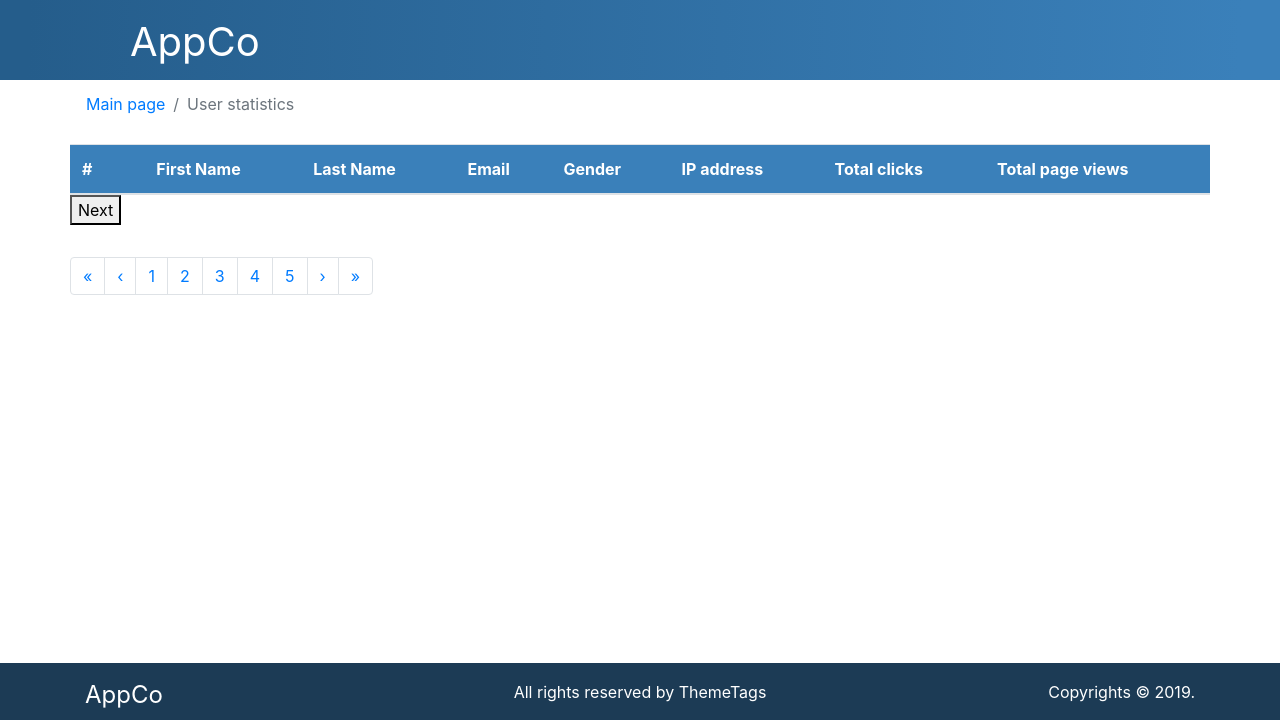
Repository: andbilous/user-statistics-app
Page: /
An editor plug-in stored every save of this project. The page is shown before and after the next save, followed by the edit.
The browser window is 1280 px wide. The pictures show the whole page.
The page's requests for data from a server got no answer. The project was rebuilt for these pictures with package versions that can differ from the ones it lists, and the page was loaded fresh each time. No one was signed in, and anything a server would have sent is missing. Also part of the build but not shown: src/components/brainstorming/index.js, src/components/reasons/reasons.scss, src/components/reasons/index.js, src/components/footer/footer.scss, src/components/footer/index.js, src/pages/Main.jsx.

Above is the page before, as saved 2020-06-22 17:11:17.

### src/App.js
import React from 'react';
import Main from './pages/Main';
import Stats from './pages/Stats';
import './App.scss';

function App() {
  return (
    <div className="App">
      <Stats/>
    </div>
  );
}

export default App;

### src/pages/Stats.jsx
import React, { useEffect, useState } from "react";
import Header from "../components/Header";
import axios from "axios";
import {
  Table,
  Breadcrumb,
  BreadcrumbItem,
  Container,
  Row,
  Pagination,
  PaginationItem,
  PaginationLink,
} from "reactstrap";
import PlainFooter from "../components/plain-footer";

const Stats = () => {
  const [data, setData] = useState([]);
  const [active, setActive] = useState(1);
  let items = [];
  const fetchData = (startIndex) => {
    axios.get(`http://localhost:5000/users/${startIndex}`).then((res) => {
      setData(res.data.users);
    });
  };

  useEffect(() => {
    fetchData(1);
  }, []);
  return (
    <>
      <Header />
      <Container>
        <Row>
          <Breadcrumb tag="nav" listTag="div">
            <BreadcrumbItem tag="a" href="#">
              Main page
            </BreadcrumbItem>
            <BreadcrumbItem active tag="span">
              User statistics
            </BreadcrumbItem>
          </Breadcrumb>
          <section className="table">
            <Table striped>
              <thead>
                <tr>
                  <th>#</th>
                  <th>First Name</th>
                  <th>Last Name</th>
                  <th>Email</th>
                  <th>Gender</th>
                  <th>IP address</th>
                  <th>Total clicks</th>
                  <th>Total page views</th>
                </tr>
              </thead>
              <tbody>
                {data.map((user) => {
                  return (
                    <tr key={user.id}>
                      <td>{user.id}</td>
                      <td>{user.first_name}</td>
                      <td>{user.last_name}</td>
                      <td>{user.email}</td>
                      <td>{user.gender}</td>
                      <td>{user.ip_address}</td>
                      <td>{user.total_clicks}</td>
                      <td>{user.total_page_views}</td>
                    </tr>
                  );
                })}
              </tbody>
              <button
                onClick={() => {
                  fetchData(51);
                }}
              >
                Next
              </button>
            </Table>
          </section>
        </Row>
        <Row>
        <Pagination aria-label="Page navigation example">
    <PaginationItem>
        <PaginationLink first href="#" />
      </PaginationItem>
      <PaginationItem>
        <PaginationLink previous href="#" />
      </PaginationItem>
      <PaginationItem>
        <PaginationLink href="#">
          1
        </PaginationLink>
      </PaginationItem>
      <PaginationItem>
        <PaginationLink href="#">
          2
        </PaginationLink>
      </PaginationItem>
      <PaginationItem>
        <PaginationLink href="#">
          3
        </PaginationLink>
      </PaginationItem>
      <PaginationItem>
        <PaginationLink href="#">
          4
        </PaginationLink>
      </PaginationItem>
      <PaginationItem>
        <PaginationLink href="#">
          5
        </PaginationLink>
      </PaginationItem>
      <PaginationItem>
        <PaginationLink next href="#" />
      </PaginationItem>
      <PaginationItem>
        <PaginationLink last href="#" />
      </PaginationItem>
    </Pagination>
        </Row>
      </Container>

      <PlainFooter />
    </>
  );
};

export default Stats;

### src/App.scss
body {
  font-family: Montserrat;
  font-style: normal;
  font-weight: normal;
}
img {
  position: relative;
  display: block;
  width: 100%;
}

table {
  thead{
    background: #3A80BA;
    color: #fff;
  }
}

.breadcrumb {
  background-color: #fff !important;
}

### src/components/Header/index.js
import React from 'react';
import './header.scss';
import { Container } from 'reactstrap';


const Header = () => {
    return (
      <header className='header bg-image'>
      <Container>
          <div className='navbar-brand'>
          AppCo
            </div>
      </Container>
      </header>
    )
};

export default Header;

### src/components/plain-footer/index.js
import React from 'react';
import { Container, Row, Col } from 'reactstrap';
import './plain-footer.scss';

const PlainFooter = () => {
    return (
      <footer className='plain-footer'>
        <Container>
          <Row className='justify-content-between'>
          <Col className='col-md' lg='4'>
            <span className='footer-title'>AppCo</span>
          </Col>
          <Col className='col-md text-center' lg='4'>
          <span>All rights reserved by ThemeTags</span>
            </Col>
            <Col className='col-md text-right' lg='4'>
            <span>Copyrights © 2019.</span>
            </Col>
          </Row>
        </Container>
      </footer>
    )
};

export default PlainFooter;

### src/components/Header/header.scss
.header{
  width: 100%;
  height: 80px;
  background: linear-gradient(92.09deg, #255D8B 2.29%, #3A80BA 96.79%);
  .navbar-brand {
    color: #fff;
    font-size: 40px;
    line-height: 49px;
    position: absolute;
    width: 136px;
    height: 49px;
    left: 130px;
    top: 12px;
  }
}

### src/components/brainstorming/brainstorming.scss
.brainstorming {
  background-image: url(/img/bg.png);
  background-repeat: no-repeat;
  background-position: center center;
  background-size: cover;
}
.brainstorming-header {
  font-size: 48px;
  line-height: 59px;
  color: #fff;
  font-style: normal;
  width: 98%;
}
.brainstorming-subheader {
  font-size: 20px;
  line-height: 142%;
  font-weight: normal;
  color: #fff;
  font-style: normal;
  margin-bottom: 32px;
}

.brainstorming-btn {
  width: 154px;
  height: 56px;
  background: #ffffff;
  border-radius: 8px;
  color: #3a80ba;
  font-size: 16px;
  line-height: 142%;
  text-align: center;
  padding: 17px 31px 16px 32px;
}

.mobile {
  width: 321px;
  height: 561px;
  background-image: url(/img/mobile.png);
  background-repeat: no-repeat;
  background-position: center center;
  background-size: cover;
}

.bg-image {
  position: relative;
  width: 100%;
  display: block;
}

### src/components/plain-footer/plain-footer.scss
.plain-footer {
  position: absolute;
  bottom: 0;
  background-color: #1c3b55;
  width: 100%;
  height: 57px;
  color: #fff;
  padding: 17px 17px;
  .span{
    font-size: 16px;
  }
  .footer-title{
    font-size: 24px;
    line-height: 29px;
  }
}

Loaded but not shown: public/index.html (common file); src/index.js (common file); src/serviceWorker.js (common file)

After the next save:
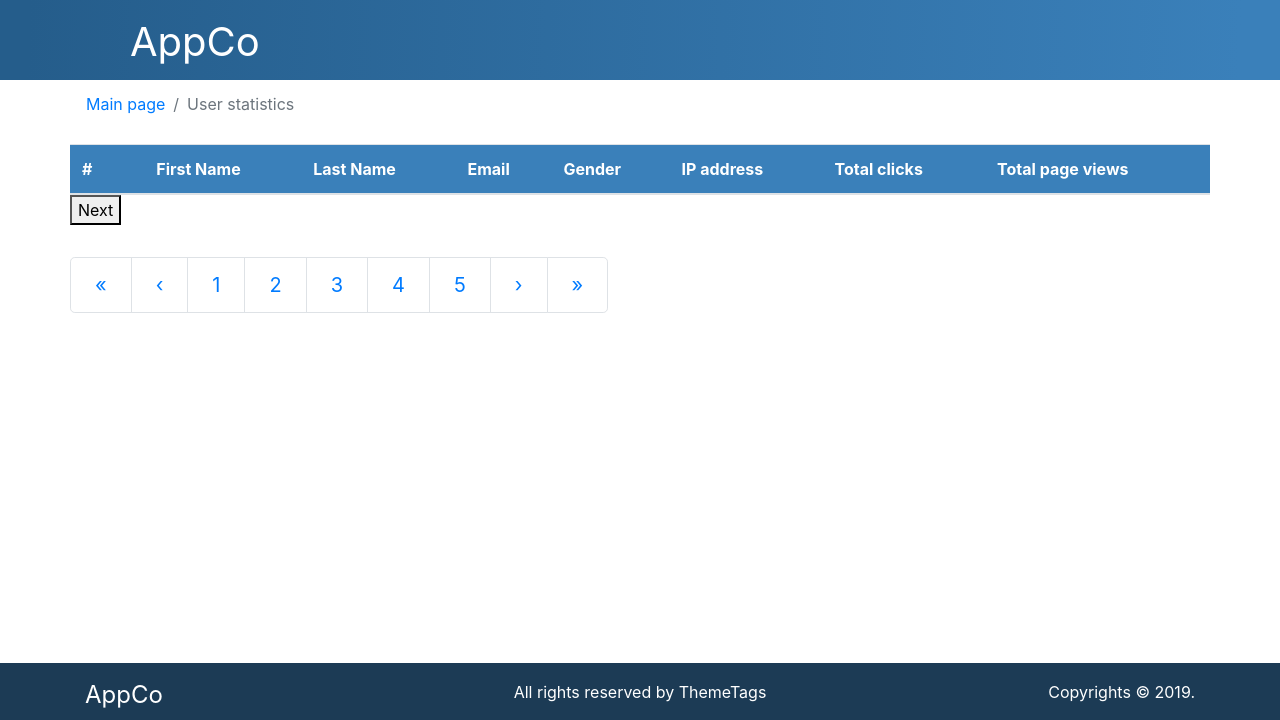
Saved 3 min 37 s later.
--- a/src/pages/Stats.jsx
+++ b/src/pages/Stats.jsx
@@ -80,7 +80,7 @@ const Stats = () => {
           </section>
         </Row>
         <Row>
-        <Pagination aria-label="Page navigation example">
+        <Pagination size="lg" aria-label="Page navigation example">
     <PaginationItem>
         <PaginationLink first href="#" />
       </PaginationItem>
